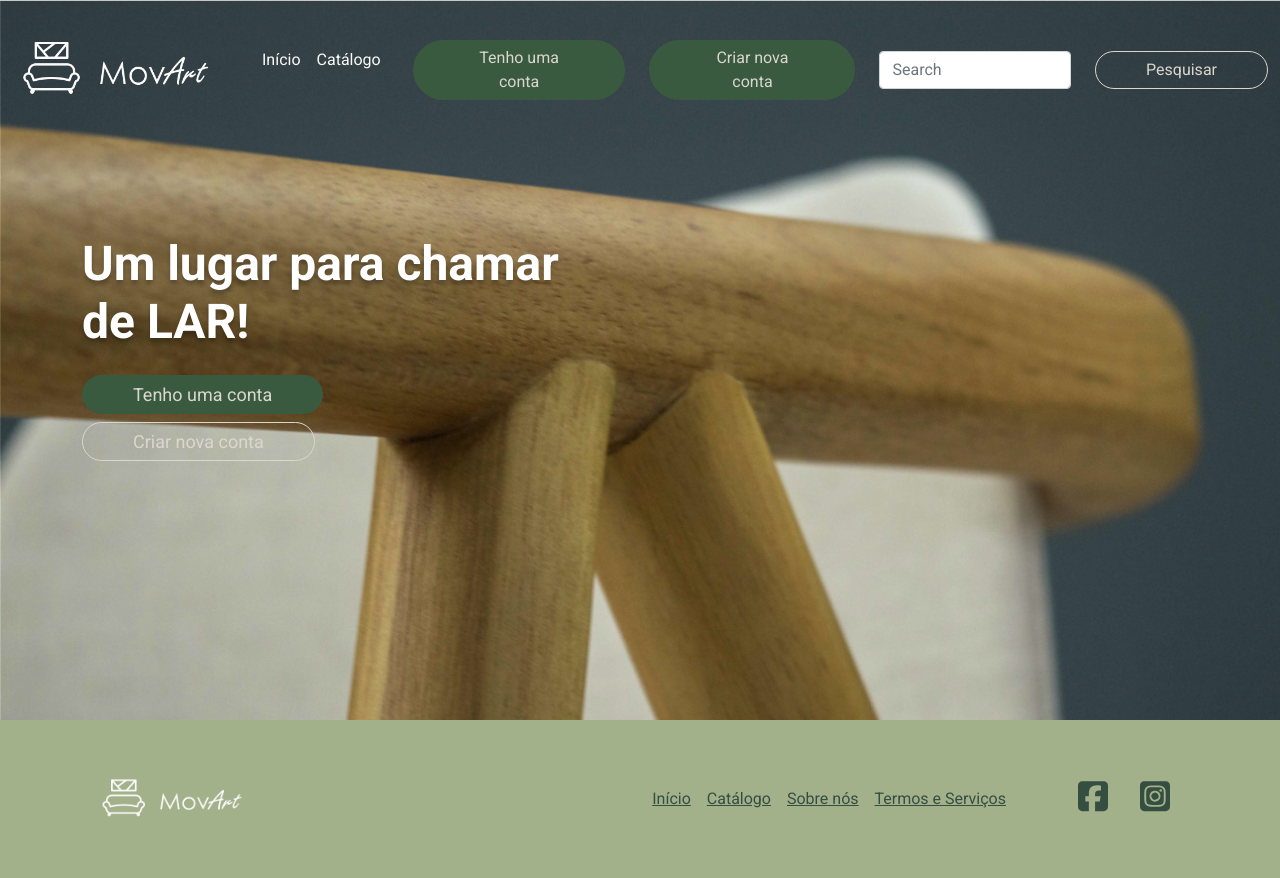
Repository: telesbp/Projeto-4-e-Projeto-5
Page: / (app in front-end/)
These files come from the project's save history. The page is drawn as it stood at one moment and after the next save; the edit follows.
The browser window is 1280 px wide. The pictures show the whole page.
The project was rebuilt for these pictures with package versions that can differ from the ones it lists, and the page was loaded fresh each time.

Above is the page before, as saved 2022-07-18 18:55:22.

After the next save:
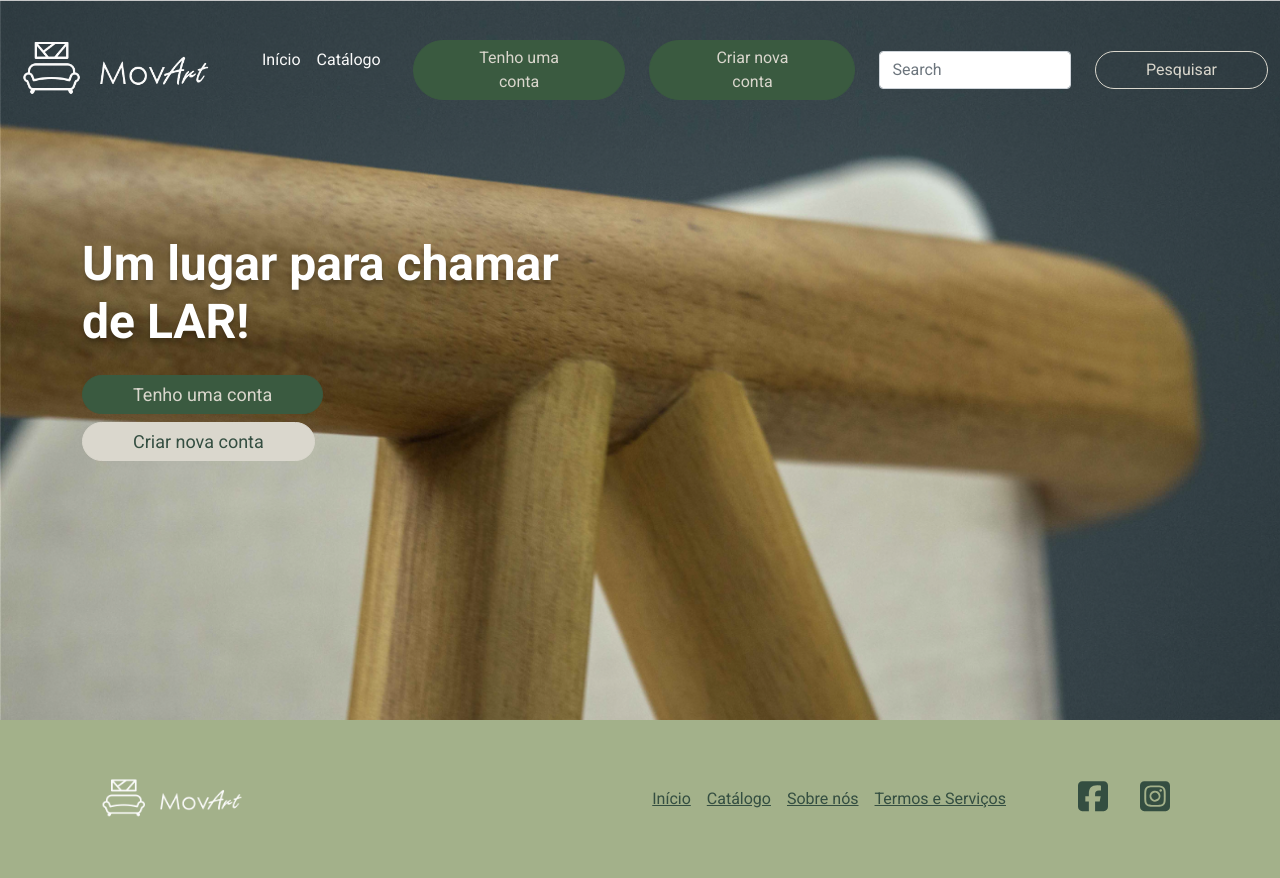
Saved 45 s later.
--- a/front-end/src/components/CustomButton/index.tsx
+++ b/front-end/src/components/CustomButton/index.tsx
@@ -44,8 +44,9 @@ const ButtonStyled = styled(Button)`
         }
     `}
     ${props => (props.variant === "outline-primary" || !props.variant) && `
+        background:#DAD7CD;
         border-color: #DAD7CD;
-        color: #DAD7CD;
+        color: #344E41;
         &:hover {
             background-color: #344E41;
             border-color: #344E41;
